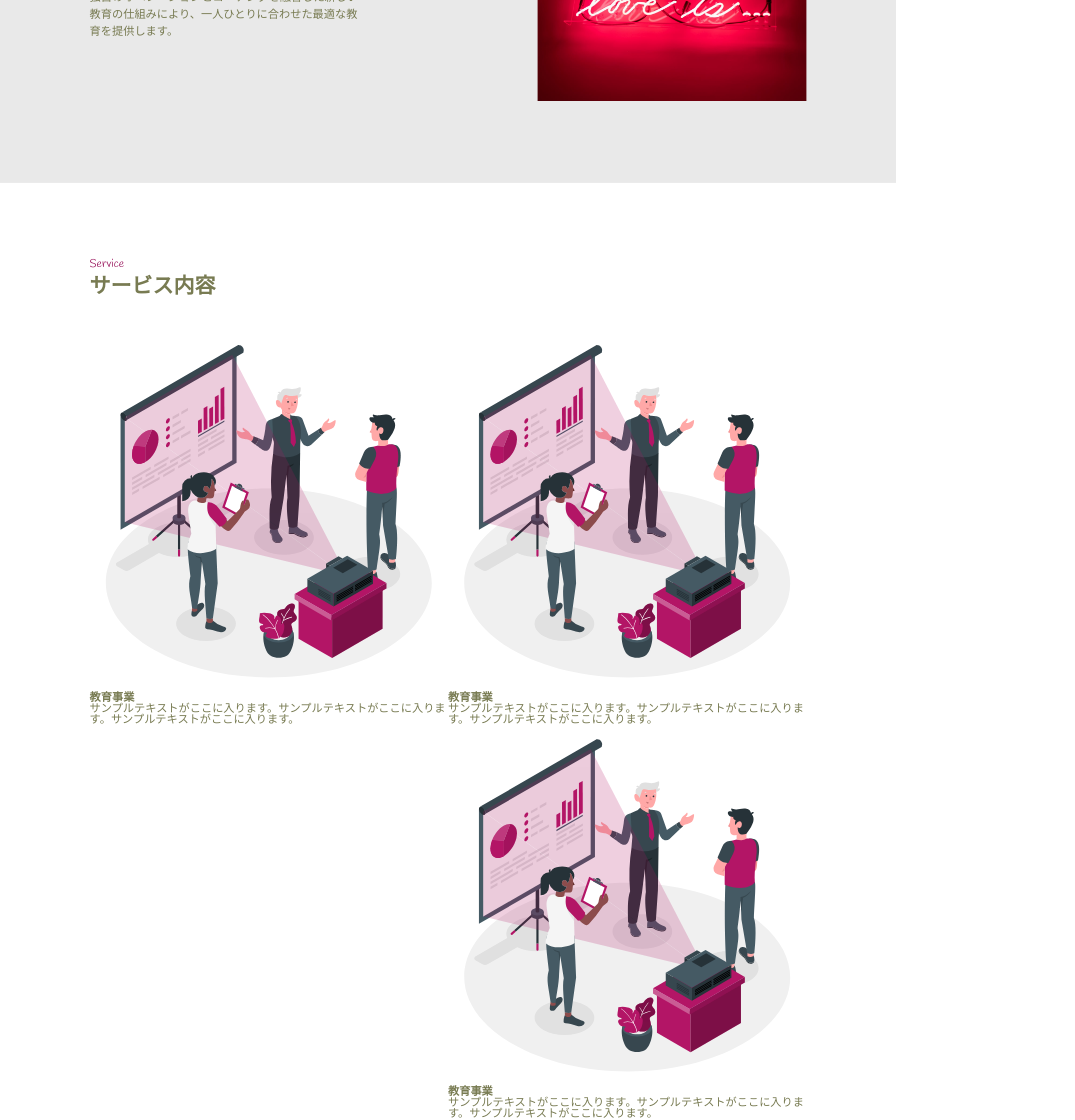
Repository: masanarimiura/20220504miura
Page: index.html
These files come from the project's save history. The page is drawn as it stood at one moment and after a run of saves; the edit follows.
The browser window is 1280 px wide. The page is 1536 px wide, so the pictures cover 1536 px, including what lies to the right of the window. The pictures show the part of the page from y = 1445 to 3045 px (the page is 3045 px tall before and 2121 px after), at 70% of full size.
Some web fonts or font styles are not loaded; a fallback is used.

Above is the page before, as saved 2022-05-04 21:47:47.

### index.html
<!DOCTYPE html>
<html lang="ja">

<head>
  <meta charset="UTF-8">
  <meta http-equiv="X-UA-Compatible" content="IE=edge">
  <meta name="viewport" content="width=device-width, initial-scale=1.0">
  <title>20220504miura</title>
  <link rel="stylesheet" href="css/reset.css">
  <link rel="stylesheet" href="css/style.css">
  <link rel="preconnect" href="https://fonts.googleapis.com">
  <link rel="preconnect" href="https://fonts.gstatic.com" crossorigin>
  <link href="https://fonts.googleapis.com/css2?family=Gochi+Hand&display=swap" rel="stylesheet">
  <link rel="preconnect" href="https://fonts.googleapis.com">
  <link rel="preconnect" href="https://fonts.gstatic.com" crossorigin>
  <link href="https://fonts.googleapis.com/css2?family=Handlee&display=swap" rel="stylesheet">
</head>

<header class="header">
  <div class="header-inner">
    <div class="header-logo">
      <a href="">ssssssss
        <img src="img/estra_logo.png" alt="">
      </a>
    </div>
    <nav class="header-nav">
      <ul class="header-nav-list">
        <li class="header-nav-item"><a href="" class="header-nav-link">
            News
          </a></li>
        <li class="header-nav-item"><a href="" class="header-nav-link">
            About
          </a></li>
        <li class="header-nav-item"><a href="" class="header-nav-link">
            Service
          </a></li>
        <li class="header-nav-item"><a href="" class="header-nav-link">
            Blog
          </a></li>
        <li class="header-nav-item"><a href="" class="header-nav-link">
            Company
          </a></li>
        <li class="header-nav-item"><a href="" class="header-nav-link">
            Contact
          </a></li>
      </ul>
    </nav>
  </div>
</header>
<div class="firstview">
  <img src="img/firstview.jpg" alt="">
  <div class="firstview-inner">
    <h2 class="firstview-ttl">
      Commit to the <span class="firstview-text-emphasis">growth</span> <br>for everone
    </h2>
    <div class="firstview">
      <p class="firstview-text">
        全ての人の<span class="firstview-text-emphasis">成長</span>にコミットする
      </p>
      <p class="firstview-en">
        Educational Technology Company <br>estra inc 2019
      </p>
    </div>
  </div>
</div>
<div class="news">
  <p class="news-icon icon">News</p>
  <h2 class="news-ttl">新着情報
  </h2>
  <table class="news-table">
    <tr class="news-table-tr">
      <td class="news-table-date">2021/01/01</td>
      <td class="news-table-news">ニュース</td>
      <td class="news-table-text">COACHTECHのサービスが開始されました。</td>
    </tr>
    <tr class="news-table-tr">
      <td class="news-table-date">2021/01/01</td>
      <td class="news-table-news">ニュース</td>
      <td class="news-table-text">COACHTECHのサービスが開始されました。</td>
    </tr>
    <tr class="news-table-tr">
      <td class="news-table-date">2021/01/01</td>
      <td class="news-table-news">ニュース</td>
      <td class="news-table-text">COACHTECHのサービスが開始されました。</td>
    </tr>
    <tr class="news-table-tr">
      <td class="news-table-date">2021/01/01</td>
      <td class="news-table-news">ニュース</td>
      <td class="news-table-text">COACHTECHのサービスが開始されました。</td>
    </tr>
    <tr class="news-table-tr">
      <td class="news-table-date">2021/01/01</td>
      <td class="news-table-news">ニュース</td>
      <td class="news-table-text">COACHTECHのサービスが開始されました。</td>
    </tr>
  </table>
</div>
<div class="about">
  <div class="about-top">
    <div class="about-icon icon">About</div>
    <h2 class="about-ttl">Technology x Coaching</h2>
  </div>
  <div class="about-inner">
    <div class="about-text">
      <p class="about-text-content">
        株式会社estraはデジタル化が遅れている教育業界に最新テクノロジーを導入することによって教育のDXを実現します。　<br><br>
        独自のオペレーションとコーチングを融合した新しい教育の仕組みにより、一人ひとりに合わせた最適な教育を提供します。
      </p>
    </div>
    <img src="img/about.jpg" alt="">
  </div>
</div>
<div class="service">
  <div class="service-top">
    <div class="service-icon icon">Service</div>
    <h2 class="service-ttl">サービス内容</h2>
  </div>
  <div class="service-box">
    <div class="service-box1">
      <img src="img/service__first.svg" alt="" class="service-img">
      <h3 class="service-box-ttl1">教育事業</h3>
      <p class="service-box-text1">サンプルテキストがここに入ります。サンプルテキストがここに入ります。サンプルテキストがここに入ります。</p>
    </div>
    <div class="service-box2">
      <img src="img/service__first.svg" alt="" class="service-img">
      <h3 class="service-box-ttl2">教育事業</h3>
      <p class="service-box-text2">サンプルテキストがここに入ります。サンプルテキストがここに入ります。サンプルテキストがここに入ります。</p>
    </div>
    <div class="service-box3">
      <img src="img/service__first.svg" alt="" class="service-img">
      <h3 class="service-box-ttl3">教育事業</h3>
      <p class="service-box-text3">サンプルテキストがここに入ります。サンプルテキストがここに入ります。サンプルテキストがここに入ります。</p>
    </div>
  </div>
</div>

<body>

</body>

</html>

### css/style.css
* {
  color: rgb(120, 123, 82);
}
a {
  text-decoration: none;
  color: inherit;
}
.header {
  width: 100%;
}
.header-inner {
  display: flex;
  justify-content: space-between;
  margin: 10px 20px;
}
.header img {
  width: 100px;
}
.header-nav {
  margin: 10px 20px;
}
.header-nav-list {
  display: flex;
  justify-content: center;
}
.header-nav-item:not(:last-child) {
  padding-right: 20px;
}
.firstview {
  width: 100%;
  position: relative;
}
.firstview-inner {
  position: absolute;
  top: 20%;
  left: 20%;
  width: 100%;
}
.firstview img {
  width: 60%;
  margin: 0 0 0 auto;
  display: block;
}
.firstview-ttl {
  color: rgb(119, 21, 70);
  font-size: 50px;
  font-family: "Gochi Hand", cursive;
  line-height: 1.5;
}
.firstview-text {
  color: rgb(119, 21, 70);
  font-size: 20px;
  margin-top: 30px;
}
.firstview-en {
  line-height: 1.5;
  margin-top: 10px;
}
.firstview-text-emphasis {
  color: rgb(32, 134, 172);
  font-weight: bold;
}
.news {
  margin: 100px auto 0;
  width: 60%;
}
.icon {
  color: rgb(153, 21, 92);
  font-family: "Handlee", cursive;
  line-height: 2;
}
.news-ttl {
  font-size: 30px;
  color: rgb(114, 110, 95);
}
.news-table {
  align-items: center;
  border-top: 2px solid rgb(114, 110, 95);
  border-bottom: 2px solid rgb(114, 110, 95);
  margin-top: 20px;
}
.news-table-tr {
  border-bottom: 1px solid rgb(182, 177, 160);
  padding: 30px 0;
}
.news-table-tr td {
  padding: 20px 20px 20px 0;
}
.news-table-news {
  background-color: brown;
  display: inline-block;
  padding: 1px 1px;
  border-radius: 6px;
  margin: 0 0;
  text-align: center;
  align-items: center;
  color: #fff;
}
.about {
  width: 100%;
  background-color: rgb(233, 233, 233);
  margin-top: 100px;
  line-height: 1.5;
  height: 500px;
  padding: 50px 0 20px;
}
.about-top {
  text-align: center;
  margin: 20px;
}
.about-ttl {
  font-size: 30px;
  margin-bottom: 50px;
}
.about-inner {
  display: flex;
  justify-content: space-around;
}
.about-text {
  width: 30%;
}
.about-inner img {
  width: 30%;
}
.service {
  width: 80%;
  margin: 100px auto 0;
}
.service-top {
  margin-bottom: 50px;
}
.service-ttl {
  font-size: 30px;
}
.service-box {
  display: grid;
  grid-template-rows: 50% 50%;
  grid-template-columns: 50% 50%;
}
.service-img img {
  width: 50px;
}
.service-box1 {
  grid-column: 1/2;
  grid-row: 1/3;
}
.service-box2 {
  grid-column: 2/3;
  grid-row: 1/2;
}
.service-box3 {
  grid-column: 2/3;
  grid-row: 2/3;
}

Loaded but not shown: css/reset.css (common file)

After the next 2 saves:
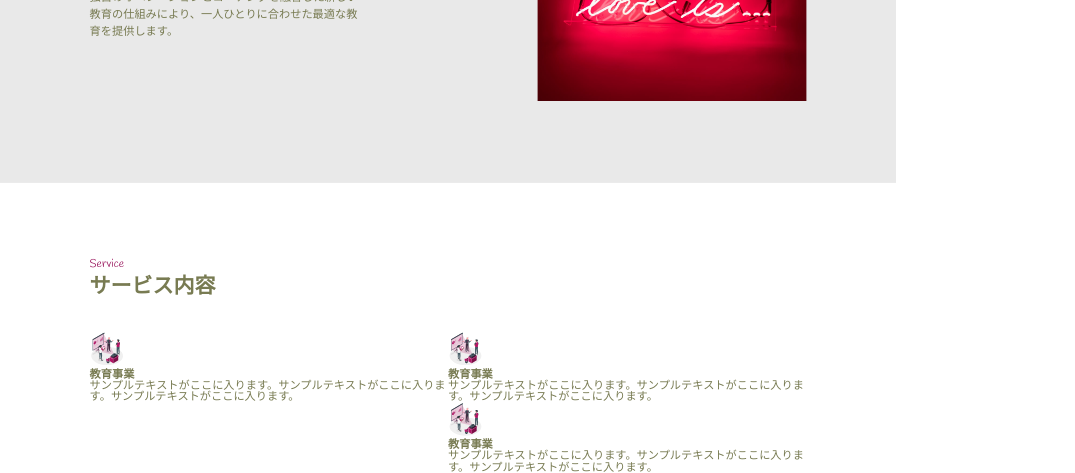
The 2 saves are shown as one change because they came seconds apart.
The last was saved 37 s later.
--- a/css/style.css
+++ b/css/style.css
@@ -137,7 +137,7 @@
   grid-template-rows: 50% 50%;
   grid-template-columns: 50% 50%;
 }
-.service-img img {
+img {
   width: 50px;
 }
 .service-box1 {

After the 2 saves that followed:
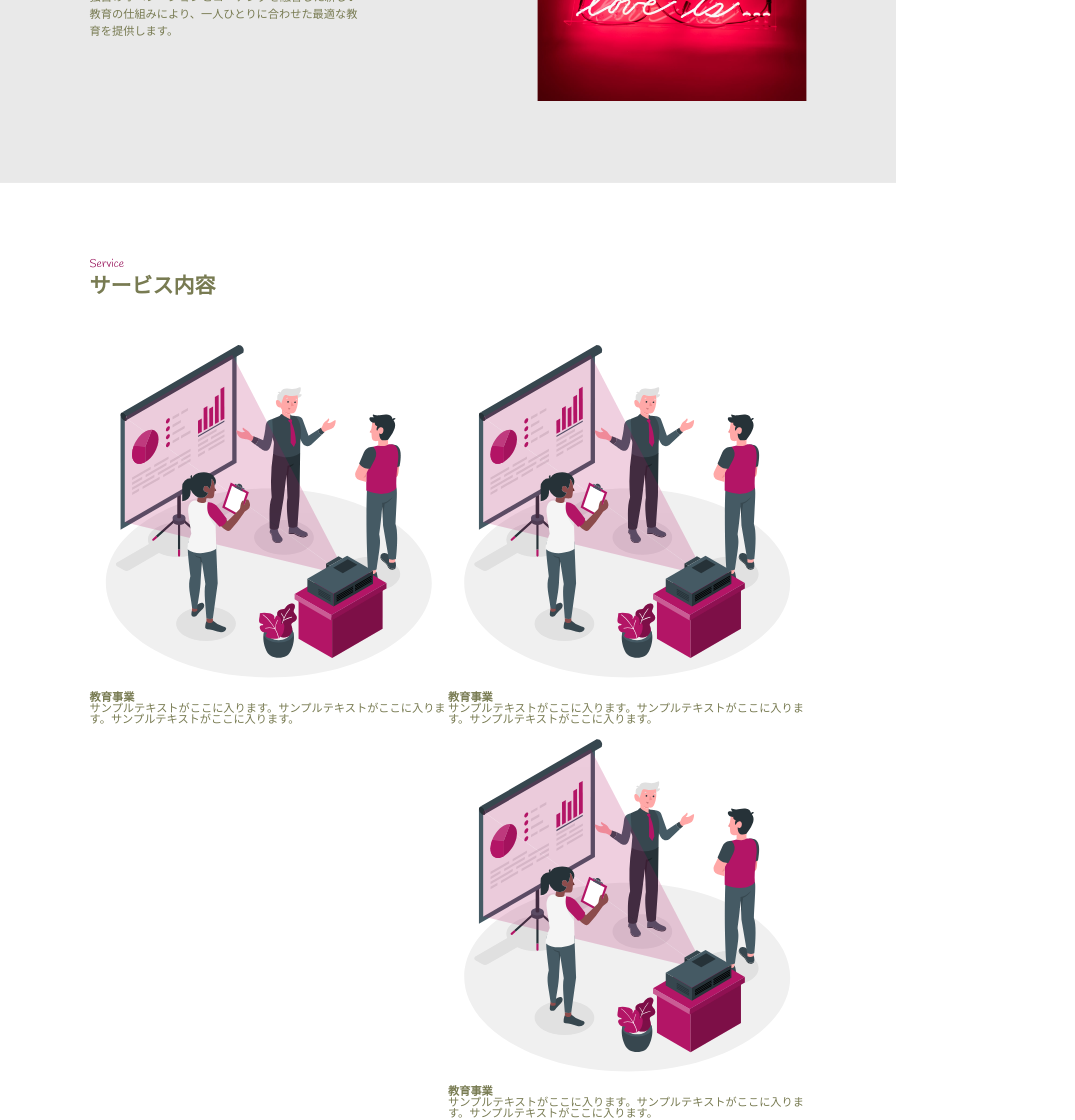
The 2 saves are shown as one change because they came seconds apart.
The last was saved 11 s later.
--- a/css/style.css
+++ b/css/style.css
@@ -137,7 +137,7 @@
   grid-template-rows: 50% 50%;
   grid-template-columns: 50% 50%;
 }
-img {
+seimg {
   width: 50px;
 }
 .service-box1 {
